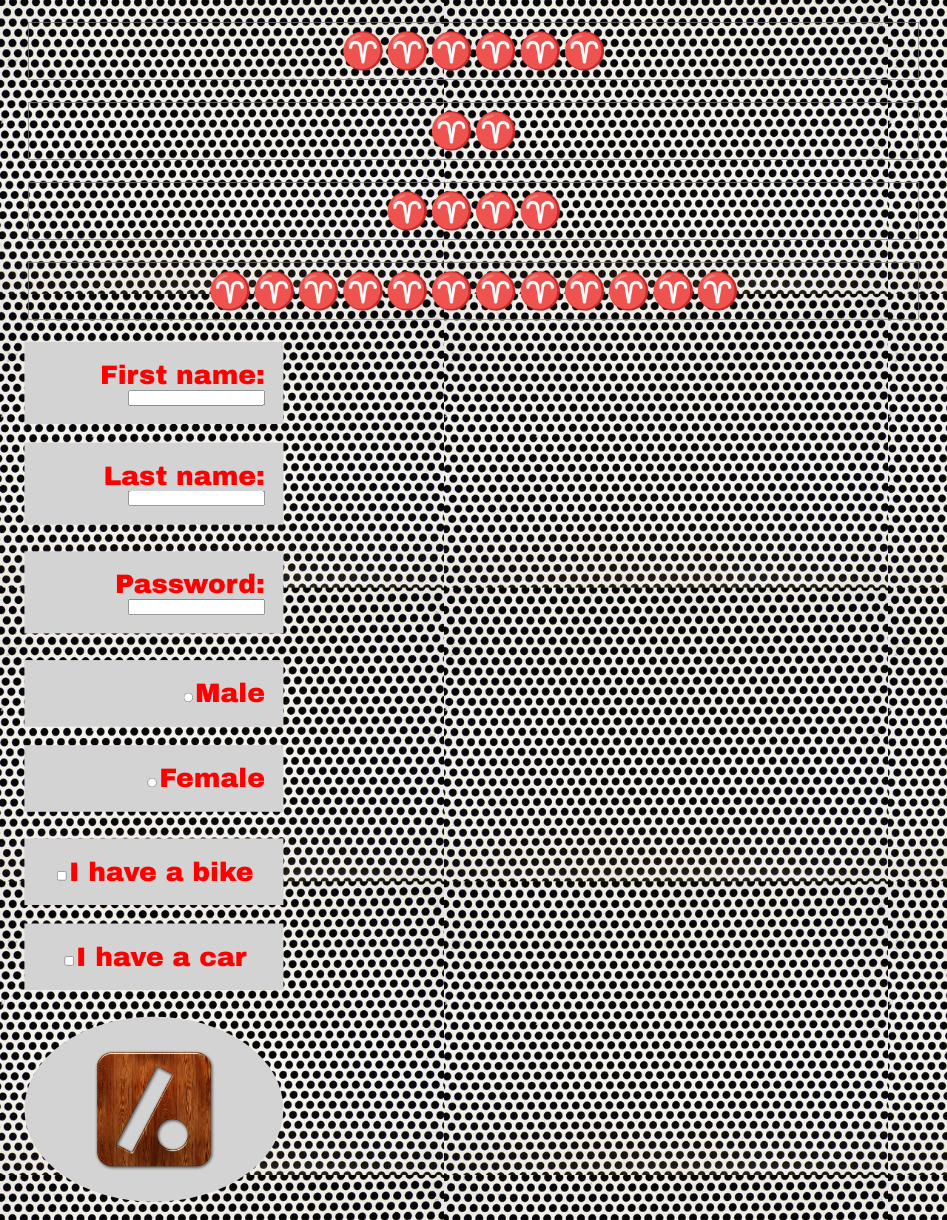
Repository: jangj879/jangj879.github.io
Page: 4_page.html
The author's editor kept a record of every edit. The page is drawn from the files as they stood at one moment, then again after the next edit.
The browser window is 1280 px wide. The pictures show the whole page, at 74% of full size.

Above is the page before.

### 4_page.html
<html>
	<head>

	    <title>My forth page</title>

	    <link href="style4.css" rel="stylesheet">

    </head>
    <P><font size=100>&#9800;&#9800;&#9800;&#9800;&#9800;&#9800;</font></P>
    <P><font size=100>&#9800;&#9800;</font></P>
    <P><font size=100>&#9800;&#9800;&#9800;&#9800;</font></P>
    <P><font size=100>&#9800;&#9800;&#9800;&#9800;&#9800;&#9800;&#9800;&#9800;&#9800;&#9800;&#9800;&#9800;</font></P>

	<body>
        <form>
        <div align=right>First name: <input type="text" name="firstname"><br></div>
        <div align=right>Last name: <input type="text" name="lastname"></div>
        </form>
            <form>
            <div align=right>Password: <input type="password" name="pwd"></div>
            </form>
            <form>
    <div align=right><input type="radio" name="sex" value="male">Male<br></div>
    <div align=right><input type="radio" name="sex" value="female">Female</div>
    </form>

    <form>
    <div align=center><input type="checkbox" name="vehicle" value="Bike">I have a bike<br></div>
    <div align=center><input type="checkbox" name="vehicle" value="Car">I have a car</div>
    </form>



    <head>
<style>
p {
    border:1px solid grey;
    padding:10px;
    margin:30px;
}
</style>
</head>
<body>
<div class="img"><center>
    <a target="_blank" href="5_page"><img src="icon2.png" alt="Klematis" width="200" height="200"></a></center>
    </div>
</body>










</html>

### style4.css
body {
    background-image: dotdot;
    color: red;
    font-size: 36px;
    font-family: Arial Black;
    text-align: center;
}
body  {
    background-image: url("dotdot.jpg");
}


p {
    margin: 100px;
    border:10px solid grey;
    padding:10px;
    margin:30px;
}

.paragraph2 {
    color: #5ef645;
}

.one {
    width: 200px;
    height: 200px;
    background-color: yellow;
    position: fixed;
    bottom: 20px;
    right: 100px;
    border-radius: 100px;
    border: solid red 10px
}

.one:hover {
    background-color: lime;
}

a:link {
    color: white;
    text-decoration: none;
}

a:hover {
    color: red;
}
.img {
    content: icon;
    icon: url(icon2.png);
    border-radius: 100%;
}
div {
    background-color: lightgrey;
    width: 300px;
    padding: 25px;
    border: 25px black;
    margin: 25px;
}



</html>

After the next edit:
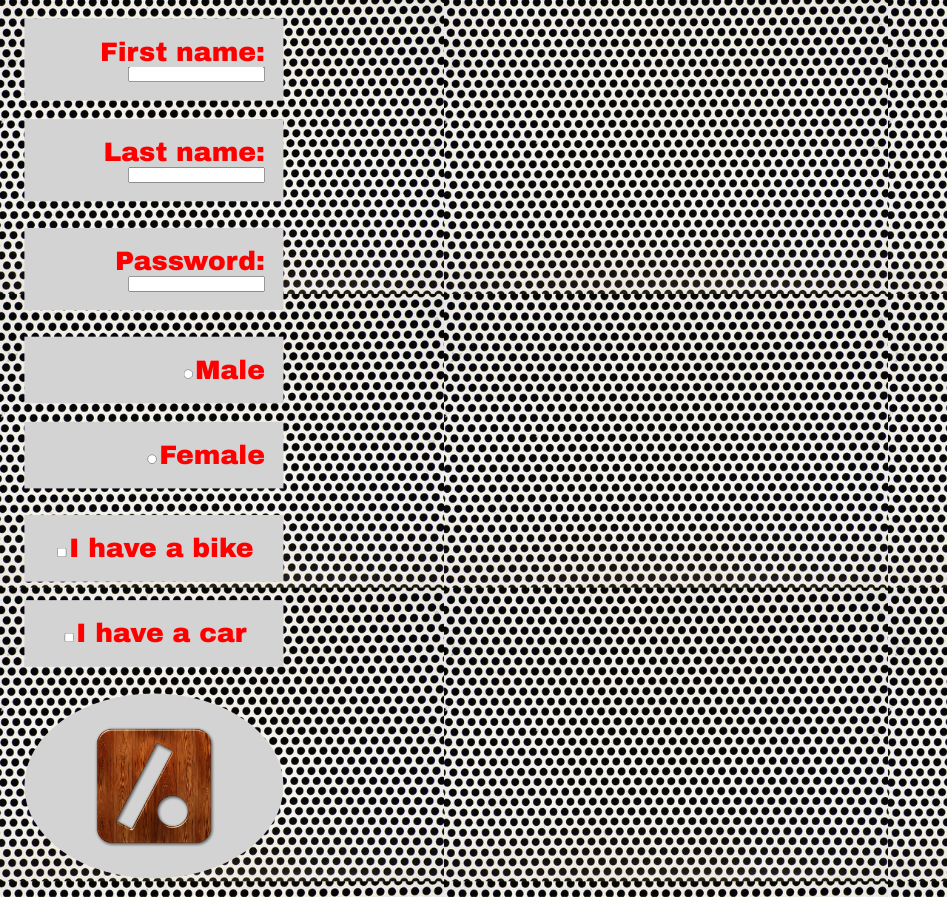
The edit:
--- a/4_page.html
+++ b/4_page.html
@@ -6,10 +6,6 @@
 	    <link href="style4.css" rel="stylesheet">
 
     </head>
-    <P><font size=100>&#9800;&#9800;&#9800;&#9800;&#9800;&#9800;</font></P>
-    <P><font size=100>&#9800;&#9800;</font></P>
-    <P><font size=100>&#9800;&#9800;&#9800;&#9800;</font></P>
-    <P><font size=100>&#9800;&#9800;&#9800;&#9800;&#9800;&#9800;&#9800;&#9800;&#9800;&#9800;&#9800;&#9800;</font></P>
 
 	<body>
         <form>
